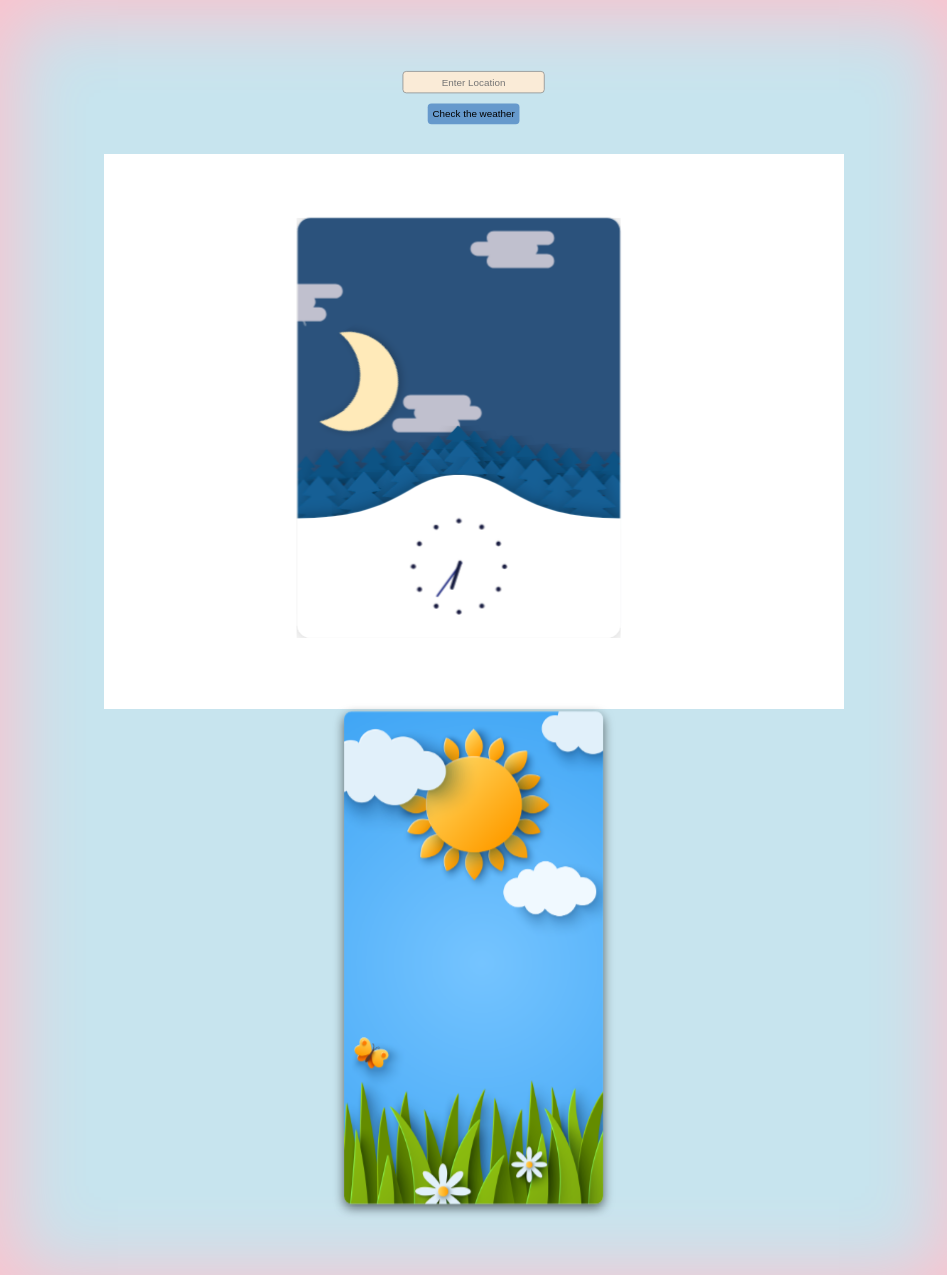
Repository: CanSanchez/weatherapp
Page: /
An editor plug-in stored every save of this project. The page is shown before and after the next save, followed by the edit.
The browser window is 1280 px wide. The pictures show the whole page, at 74% of full size.
The project was rebuilt for these pictures with package versions that can differ from the ones it lists, and the page was loaded fresh each time. The framework's server and built-in components were replaced by stand-ins that run in the browser. Also part of the build but not shown: next.config.js.

Above is the page before, as saved 2023-01-18 11:12:46.

After the next save:
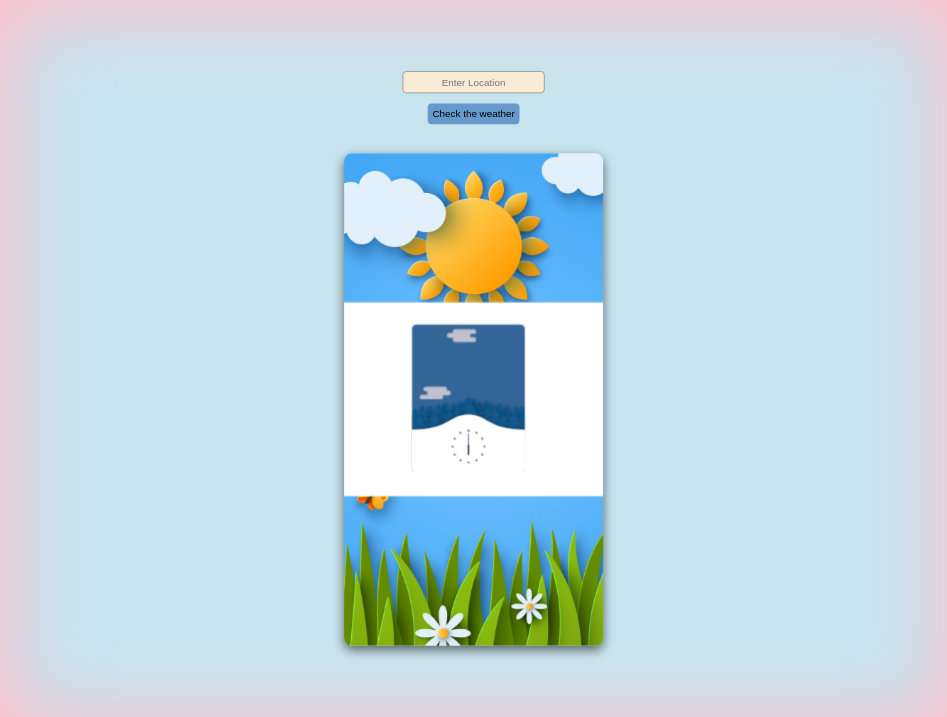
Saved 21 s later.
--- a/pages/index.js
+++ b/pages/index.js
@@ -89,14 +89,13 @@ const click = (event) => {
        onClick={searchLocation}
        >Check the weather</button>
 
-<Lottie animationData={loading} loop={true} />
-
       <div className={styles.wrapper}
       style={{backgroundImage: `url(${background})`}}>
       {
         errorMessage &&
         <p>{errorMessage}</p>
       }
+      <Lottie animationData={loading} loop={true} />
        {
         weather && weather.map((w, index) => {
           return (
